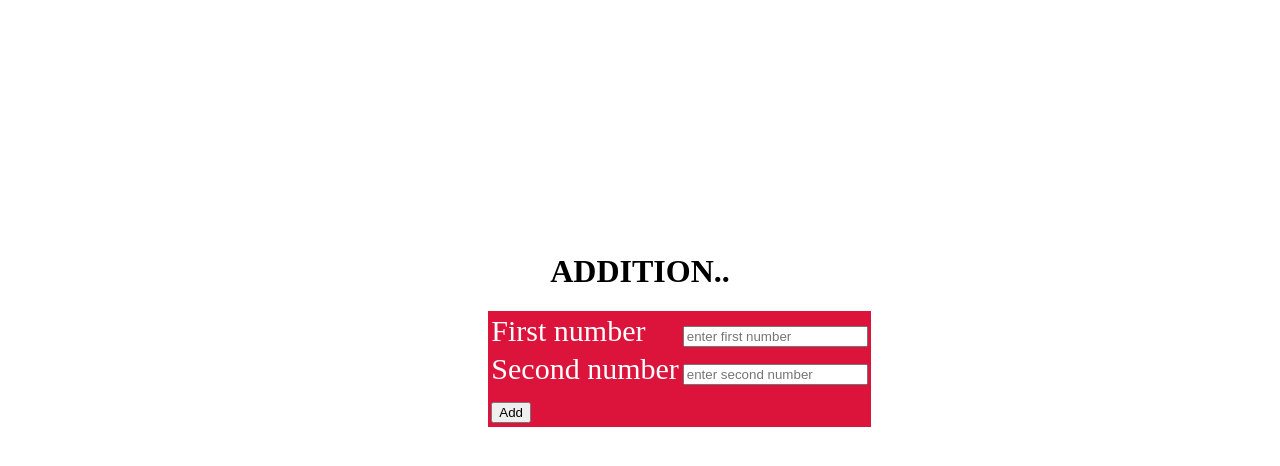
Repository: vima107/JDBC-CRUD-OPERATIONS
Page: addition/src/main/webapp/index.html
These files come from the project's save history. The page is drawn as it stood at one moment and after the next save; the edit follows.
The browser window is 1280 px wide. The pictures show the whole page.

Above is the page before, as saved 2024-10-09 10:50:05.

After the next save:
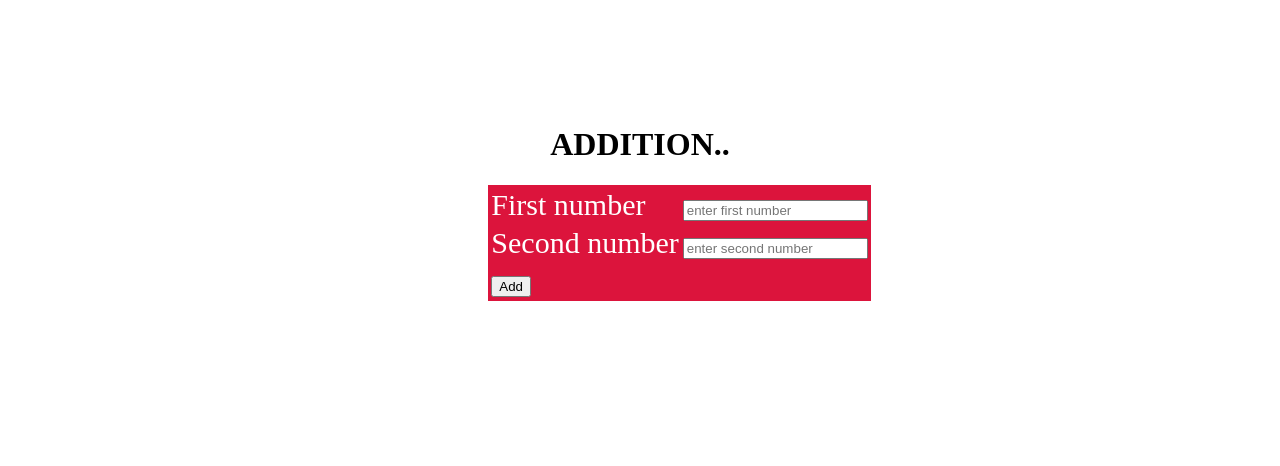
Saved 11 s later.
--- a/addition/src/main/webapp/index.html
+++ b/addition/src/main/webapp/index.html
@@ -5,7 +5,7 @@
 <title>Insert title here</title>
 </head>
 <body>
-	<h1 style="margin-top:20%"><center>ADDITION..</center></h1>
+	<h1 style="margin-top:10%"><center>ADDITION..</center></h1>
 	<table style="margin-left:38%;background-color:crimson; font-size:30px;color:white">
 	<form action="/addition/Add">
 		<tr>
